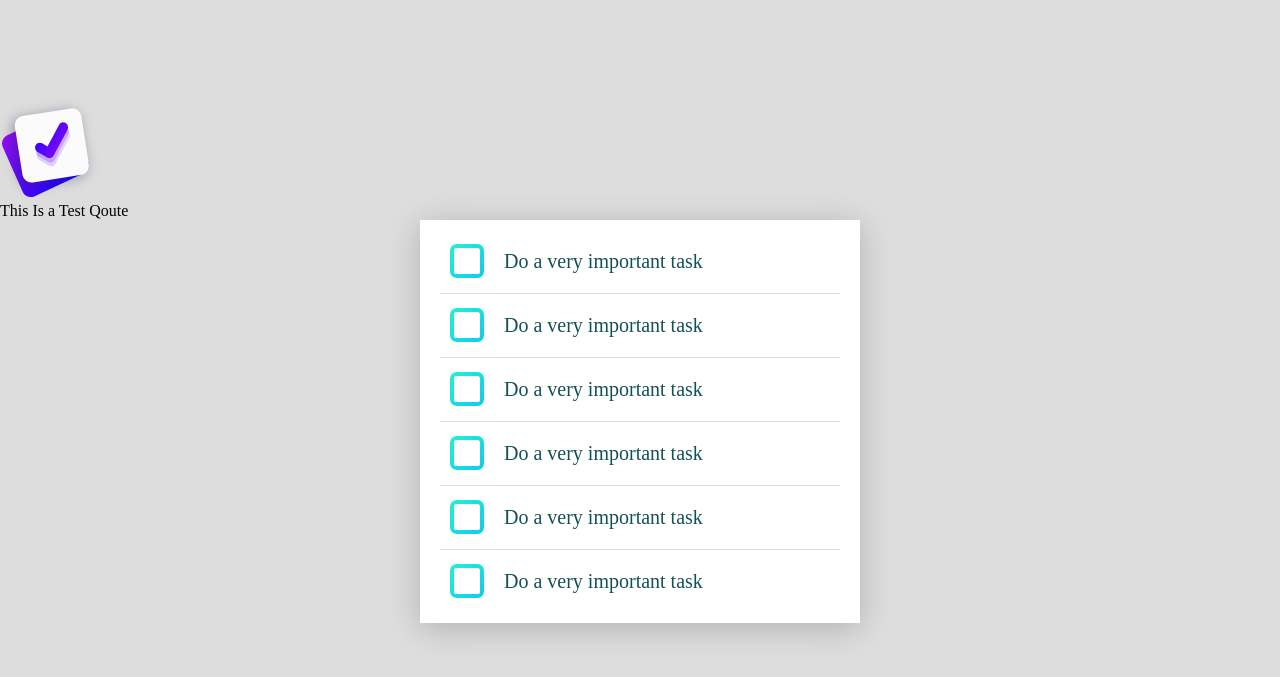
Repository: ahmedhamed15/React-Todo
Page: /
These files come from the project's save history. The page is drawn as it stood at one moment and after the next save; the edit follows.
The browser window is 1280 px wide. The pictures show the whole page.
The project was rebuilt for these pictures with package versions that can differ from the ones it lists, and the page was loaded fresh each time.

Above is the page before, as saved 2021-07-26 14:27:02.

After the next save:
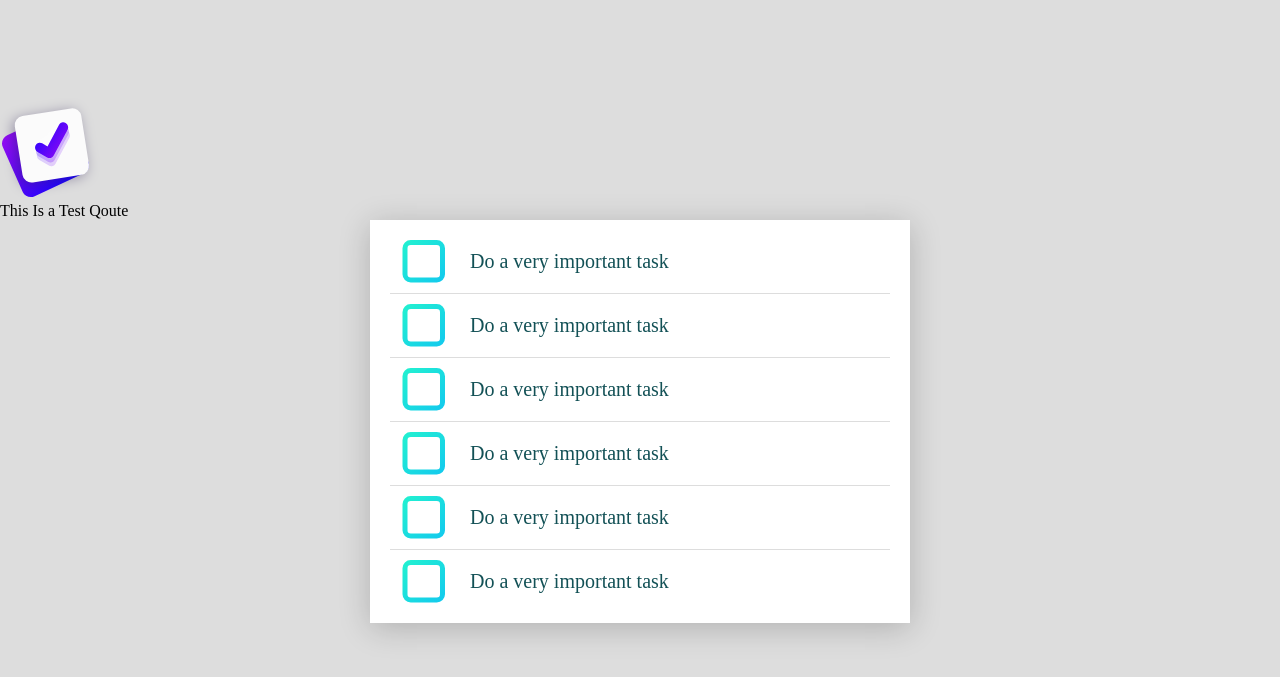
Saved 8 s later.
--- a/src/components/Todos/TodoList/style.scss
+++ b/src/components/Todos/TodoList/style.scss
@@ -1,7 +1,7 @@
 .todo-list {
     background: #FFF;
     font-size: 20px;
-    max-width: 20em;
+    max-width: 25em;
     margin: auto;
     padding: 0.5em 1em;
     box-shadow: 0 5px 30px rgba(0, 0, 0, 0.2);
